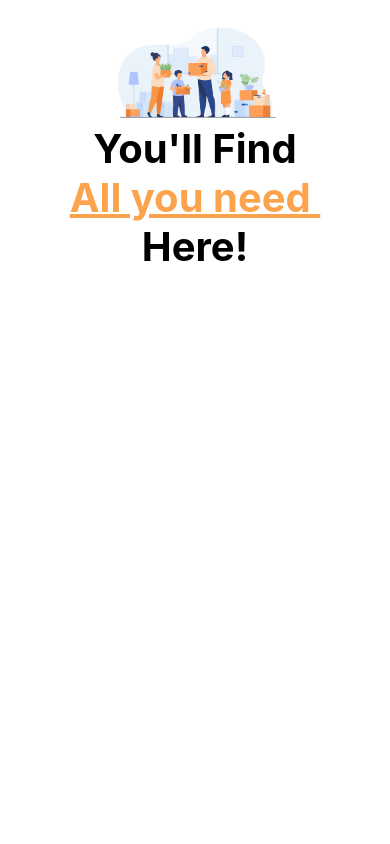
Repository: oscarMyerston/ProjectName
Screen: /
The author's editor kept a copy of each file at every save. The screen is drawn from the files as they stood at one save, then again after a run of saves.
The app was drawn by React Native's web renderer in a window 390 px wide. The project was rebuilt for these pictures with package versions that can differ from the ones it lists, and the page was loaded fresh each time. Also part of the build but not shown: Chair.js, Table.js.

Above is the screen before, as saved 2024-06-02 21:14:09.

### App.js
/**
 * Sample React Native App
 * https://github.com/facebook/react-native
 *
 * @format
 * @flow strict-local
 */

import React, { useState } from 'react';
import {
  SafeAreaView,
} from 'react-native';
import { Chair as BlackChair} from './Chair';
import Table from "./Table"
import Splash from './src/screen/auth/Splash';

const App = ()  => {
  const [ theme, setTheme ] = useState('light')
  return (
    <SafeAreaView>
    <Splash/>
    </SafeAreaView>
  );
};

const styles = {
  themeHeader: {
    margin: 16,
    fontSize: 16,
    backgroundColor: 'yellow'
  }
}

// const styles = StyleSheet.create({
//   themeHeader: {
//     margin: 16,
//     fontSize: 16,
//     backgroundColor: 'yellow'
//   }
// })

export default App;

### src/screen/auth/Splash/index.js
import React from "react";
import { Text, Image, View } from "react-native"
import { styles } from './styles'
import Button from "../../../components/Button";

const Splash = () => {
  return [
    <View style={styles.container}>
      <Image
        resizeMode="contain"
        style={styles.image}
        source={require('../../../assets/splash_image.png')}
      />
      <Text style={styles.title}>You'll Find</Text>
      <Text style={[styles.title, styles.innetTitle]} >All you need </Text>
      <Text style={styles.title}>Here!</Text>

      <Button></Button>

    </View>,
  ];

}

export default Splash

### src/screen/auth/Splash/styles.js
import { StyleSheet } from "react-native"

export const styles = StyleSheet.create({
  container: {
    padding: 24,
  },
  image: {
    width: '100%',
    height: 100,
  },
  title: {
    fontSize: 40,
    fontWeight: 'bold',
    textAlign: 'center',
  },
  innetTitle: {
    color: '#FCA34D',
    textDecorationLine: 'underline'
  }
})

### src/components/Button/index.js
import React from "react";
import { Pressable, Text } from "react-native";

const Button = ({ title }) => {
  return (
    <Pressable>
      <Text>{ title }</Text>
    </Pressable>
  )
}

export default Button

After the next 8 saves:
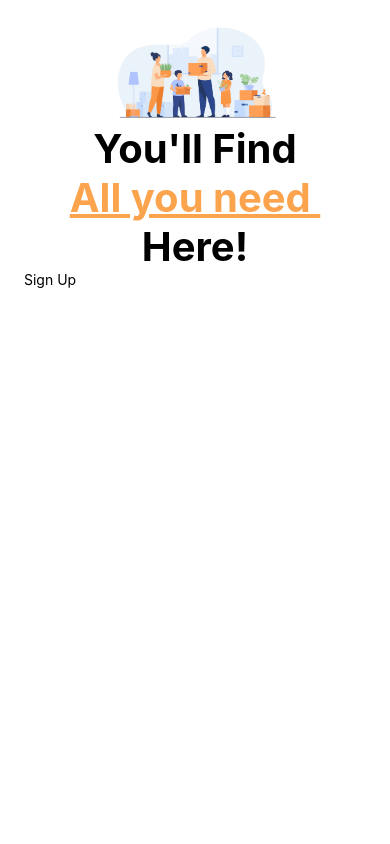
The 8 saves are shown as one change because 1 did not build or start and some came seconds apart.
The last was saved 53 s later.
--- a/src/screen/auth/Splash/index.js
+++ b/src/screen/auth/Splash/index.js
@@ -15,7 +15,7 @@ const Splash = () => {
       <Text style={[styles.title, styles.innetTitle]} >All you need </Text>
       <Text style={styles.title}>Here!</Text>
 
-      <Button></Button>
+      <Button title="Sign Up"/>
 
     </View>,
   ];
